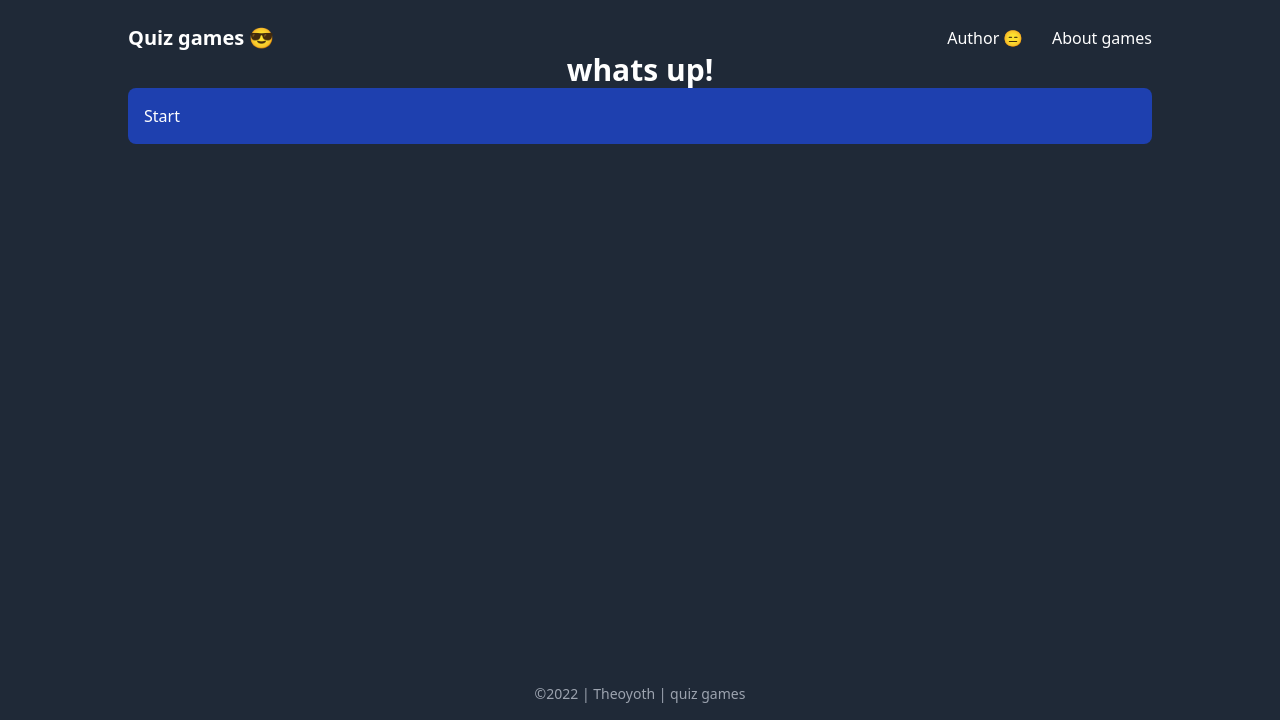
Repository: theoyoth/quiz-game
Page: /
An editor plug-in stored every save of this project. The page is shown before and after the next save, followed by the edit.
The browser window is 1280 px wide. The pictures show the whole page.
The project was rebuilt for these pictures with package versions that can differ from the ones it lists, and the page was loaded fresh each time. The framework's server and built-in components were replaced by stand-ins that run in the browser. Also part of the build but not shown: nuxt.config.js, components/EndPage.vue, layouts/404.vue, layouts/error.vue, layouts/errorLayout.vue.

Above is the page before, as saved 2022-06-14 17:38:11.

After the next save:
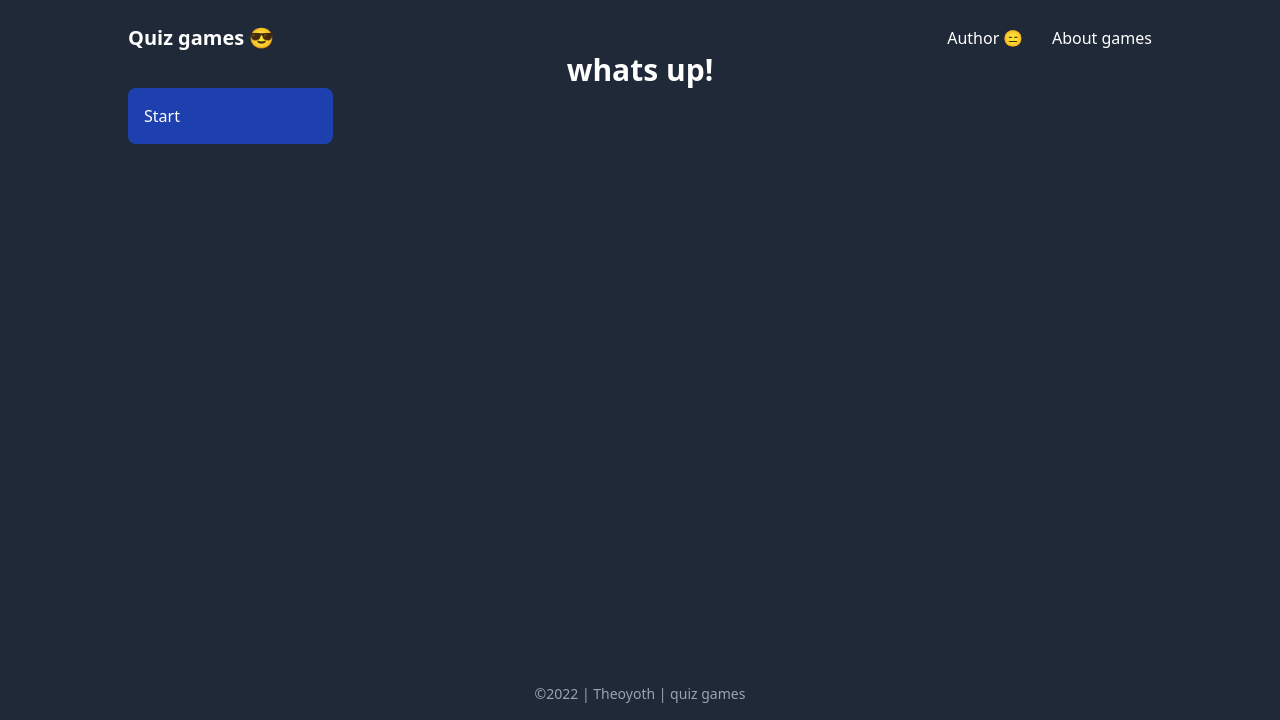
Saved 14 s later.
--- a/pages/index.vue
+++ b/pages/index.vue
@@ -1,7 +1,7 @@
 <template>
   <div>
     <h1 class="text-3xl font-bold text-center">whats up!</h1>
-    <div class="p-4 bg-blue-800 rounded-lg">
+    <div class="w-1/5 p-4 bg-blue-800 rounded-lg">
       <NuxtLink to="/game">Start</NuxtLink>
     </div>
   </div>
